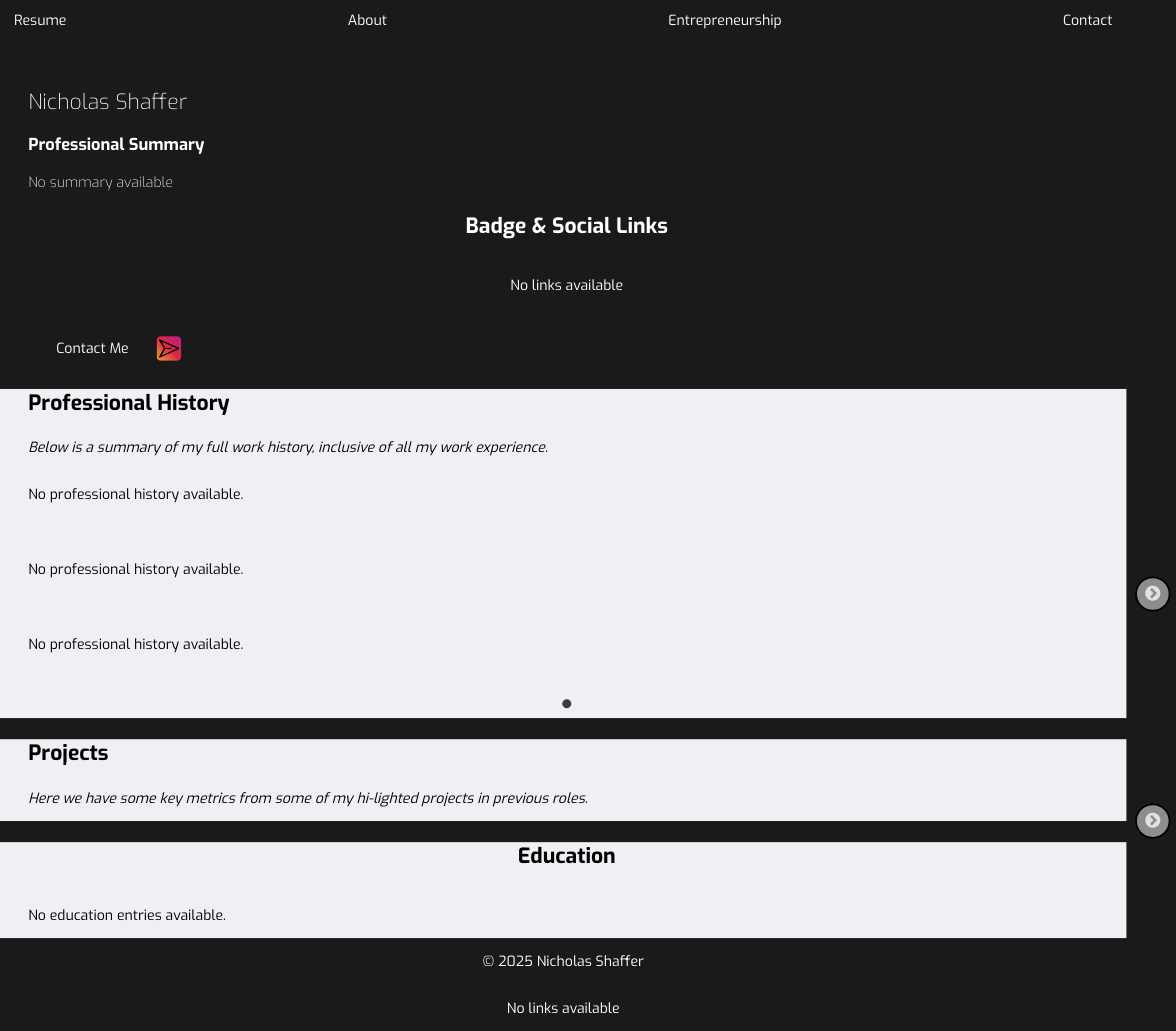
Repository: ShafferNick/nicholas_portfolio
Page: /
The author's editor kept a copy of each file at every save. The page is drawn from the files as they stood at one save, then again after the next save.
The browser window is 1280 px wide. The page is 1336 px wide, so the pictures cover 1336 px, including what lies to the right of the window. The pictures show the whole page, at 88% of full size.
The page's requests for data from a server got no answer. The project was rebuilt for these pictures with package versions that can differ from the ones it lists, and the page was loaded fresh each time. The framework's server and built-in components were replaced by stand-ins that run in the browser. No one was signed in, and anything a server would have sent is missing. Also part of the build but not shown: next.config.ts, src/app/components/Contact.tsx.

Above is the page before, as saved 2025-03-19 15:21:39.

After the next save:
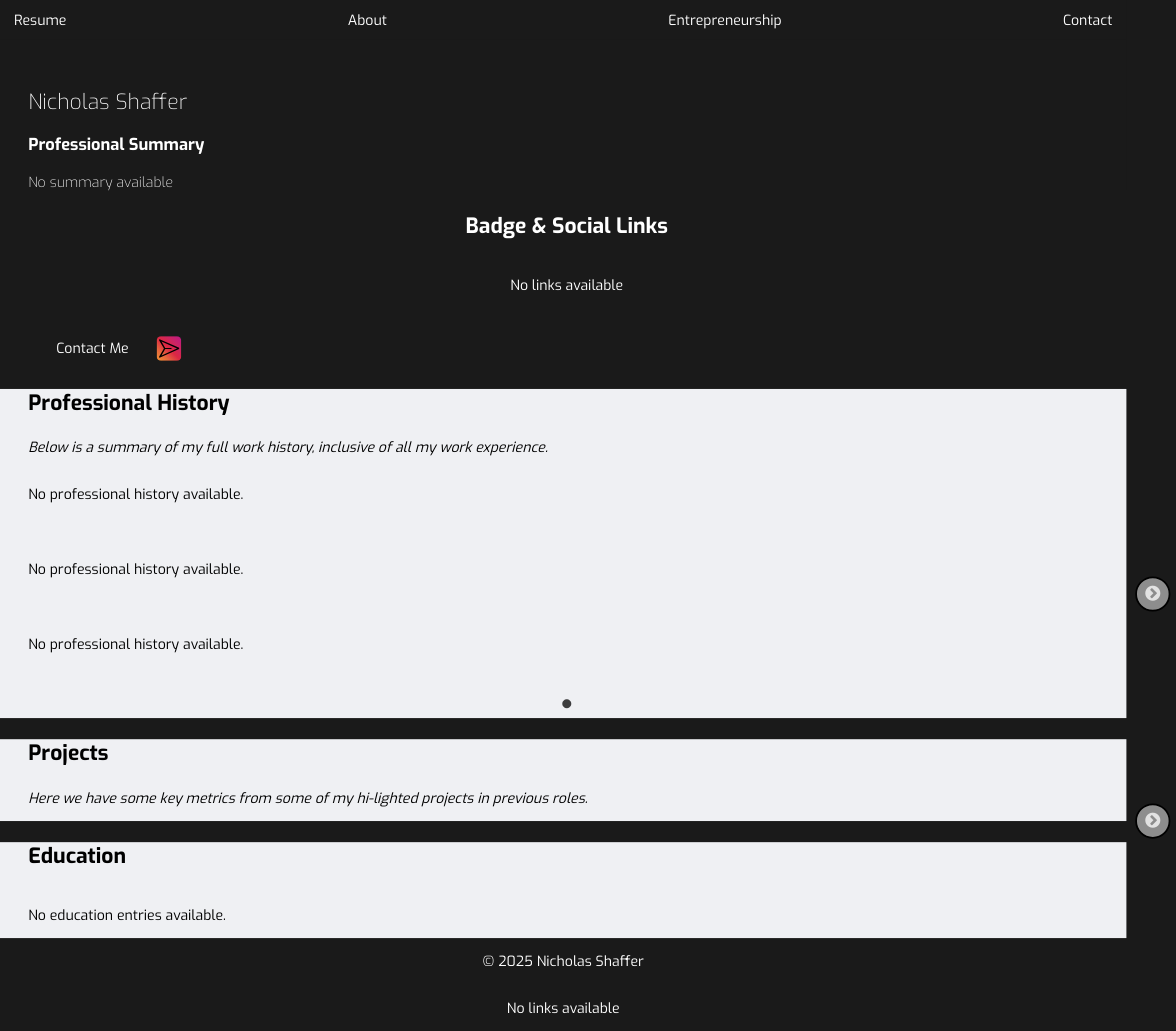
Saved 50 s later.
--- a/src/app/components/Education.tsx
+++ b/src/app/components/Education.tsx
@@ -11,14 +11,14 @@ type EducationEntry = {
 };
 
 type EducationProps = {
-  education: EducationEntry[] | undefined; // Allow undefined
+  education: EducationEntry[] | undefined;
 };
 
 export default function Education({ education = [] }: EducationProps) {
   return (
-    <section className="education-section py-16 bg-[#EFF0F3] text-black animate-slide-in w-full">
+    <section className="education-section py-8 bg-[#EFF0F3] text-black animate-slide-in w-full">
       <div className="max-w-4xl mx-auto">
-        <h2 className="text-3xl md:text-4xl font-bold mb-12 text-center">Education</h2>
+        <h2 className="text-3xl md:text-4xl font-bold text-left mb-12">Education</h2>
         <div className="bg-white shadow-lg rounded-lg p-6">
           <div className="grid grid-cols-1 md:grid-cols-2 gap-8">
             {Array.isArray(education) && education.length > 0 ? (
@@ -29,7 +29,7 @@ export default function Education({ education = [] }: EducationProps) {
                     {entry.major} | {entry.dates.startDate} - {entry.dates.endDate || 'Present'}
                   </p>
                   <p className="text-sm mb-2">GPA: {entry.gpa}</p>
-                  <ul className="list-disc list-inside text-sm space-y-2">
+                  <ul className="list-disc list-inside text-sm space-y-1">
                     {entry.activities.map((activity, index) => (
                       <li key={index} className="leading-relaxed">
                         {activity}
